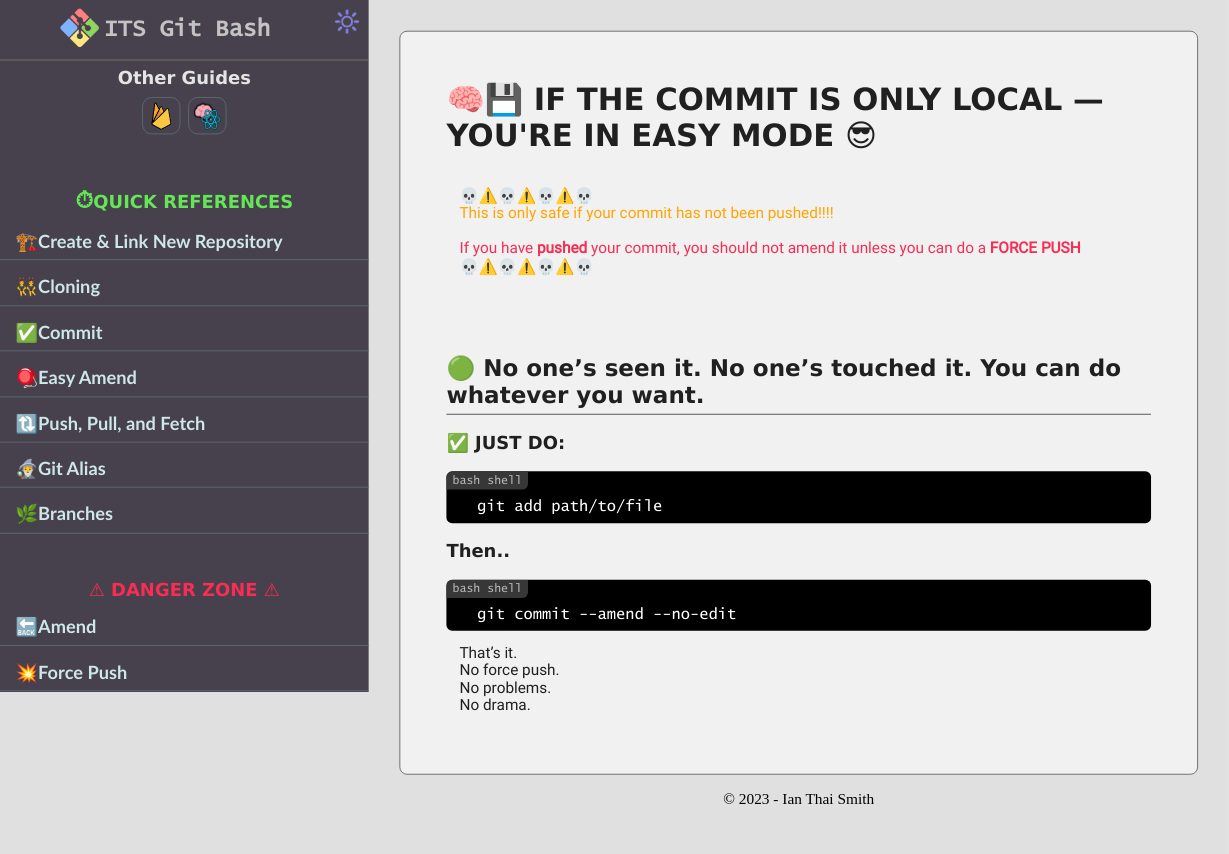
Repository: whyDoILoveThis/project__ITS_Git_Bash
Page: html/easy-amend.html
An editor plug-in stored every save of this project. The page is shown before and after the next save, followed by the edit.
The browser window is 1280 px wide. The pictures show the whole page, at 96% of full size.

Above is the page before, as saved 2025-07-06 06:29:02.

After the next save:
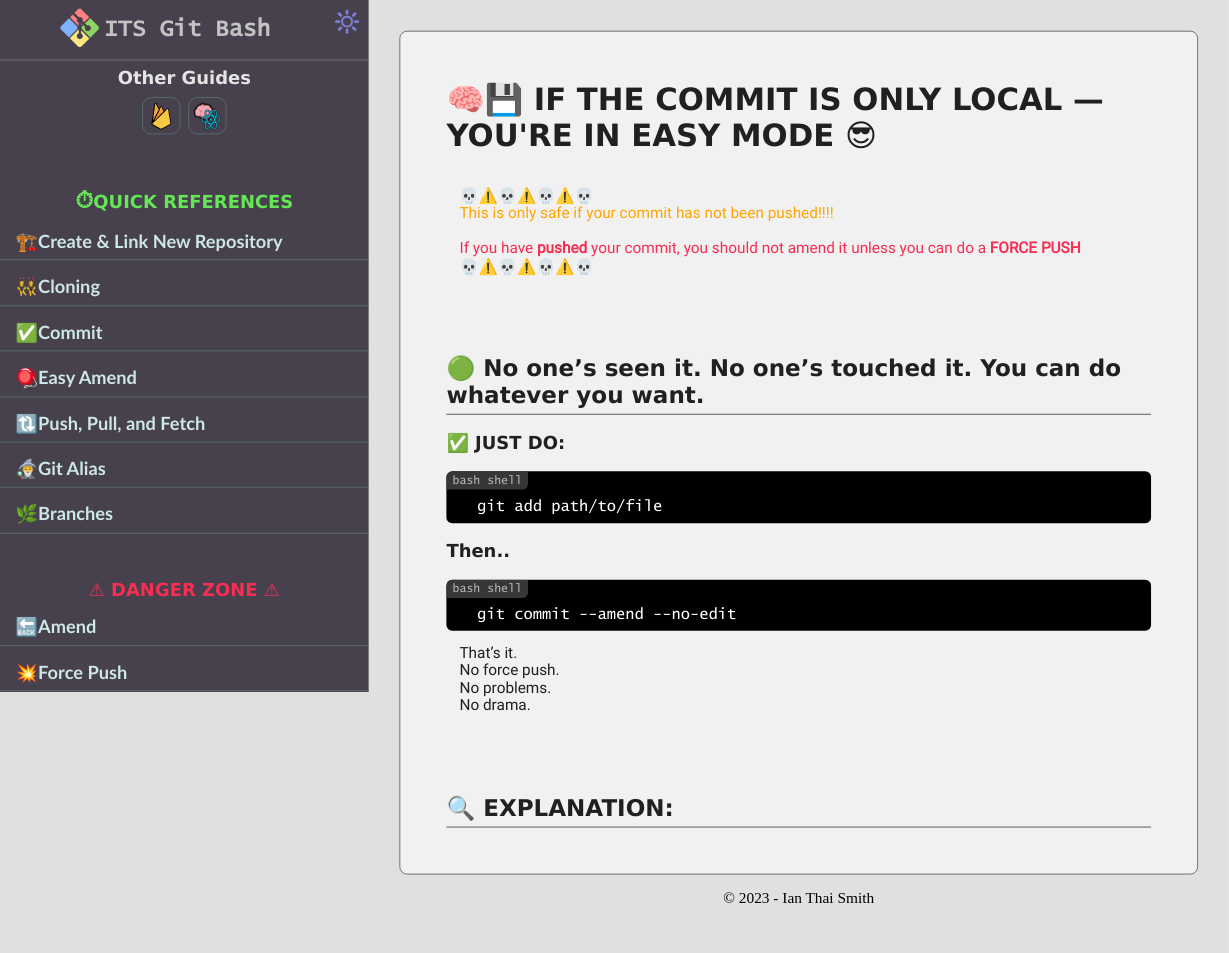
Saved 57 s later.
--- a/html/easy-amend.html
+++ b/html/easy-amend.html
@@ -45,6 +45,7 @@
             No problems. <br />
             No drama.
           </p>
+          <h2>🔍 EXPLANATION:</h2>
         </article>
       </section>
     </div>
